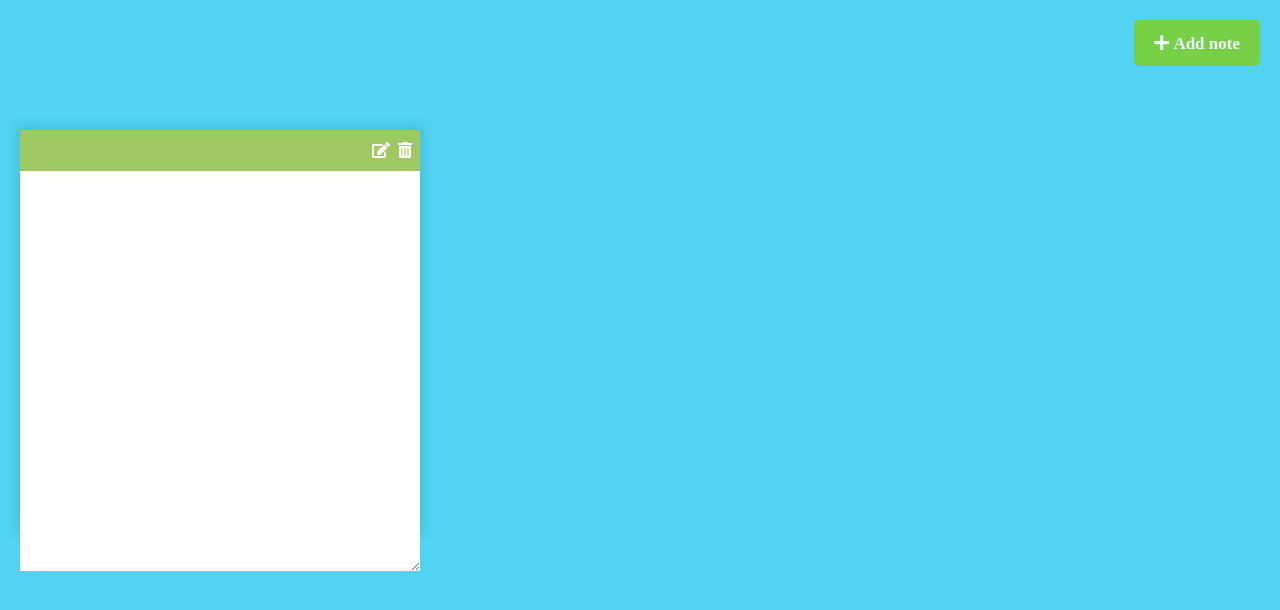
Repository: northpx/noteslist
Page: index.html
These files come from the project's save history. The page is drawn as it stood at one moment and after the next save; the edit follows.
The browser window is 1280 px wide. The pictures show the whole page.
After loading, the first visible `button.add` was clicked once.
Some web libraries are served in a nearby version.

Above is the page before, as saved 2023-01-08 09:50:40.

After the next save:
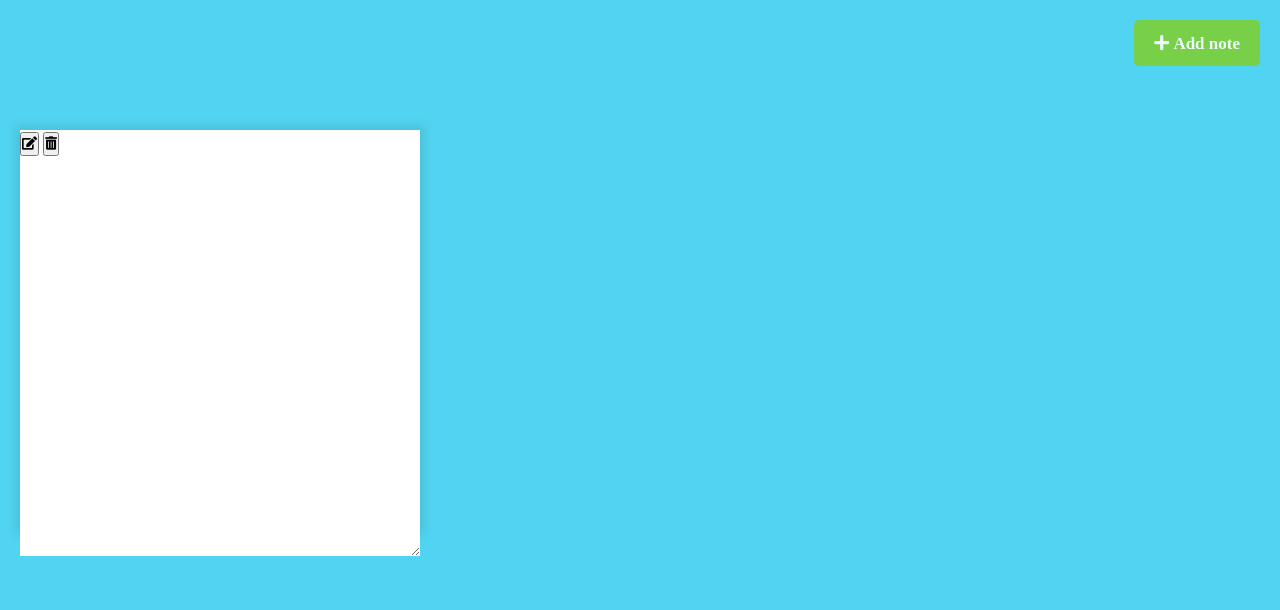
Saved 27 s later.
--- a/script.js
+++ b/script.js
@@ -5,7 +5,7 @@ function addNewNote(text = '') {
     note.classList.add('note')
 
     note.innerHTML = `
-    <div class="tools">
+    <div class="noteChild">
         <button class="edit"><i class="fas fa-edit"></i></button>
         <button class="delete"><i class="fas fa-trash-alt"></i></button>
     </div>
